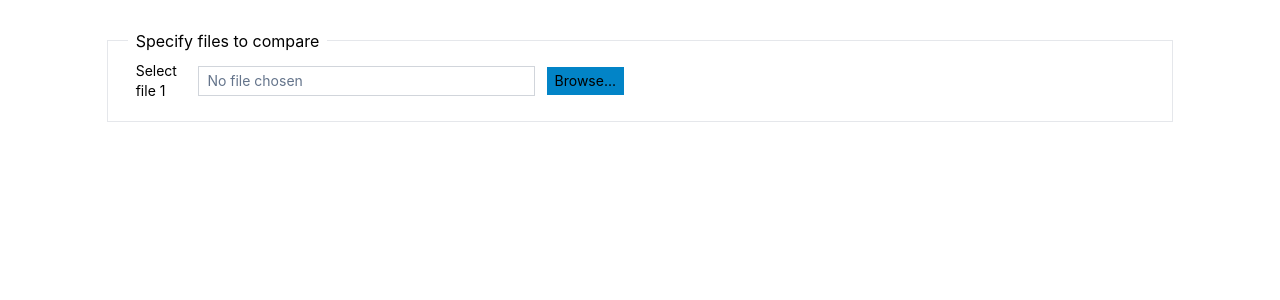
Repository: chionye/paymentology-front
Page: /
An editor plug-in stored every save of this project. The page is shown before and after a run of saves, followed by the edit.
The browser window is 1280 px wide. The pictures show the whole page.
The project was rebuilt for these pictures with package versions that can differ from the ones it lists, and the page was loaded fresh each time.

Above is the page before, as saved 2022-03-16 13:18:13.

After the next 3 saves:
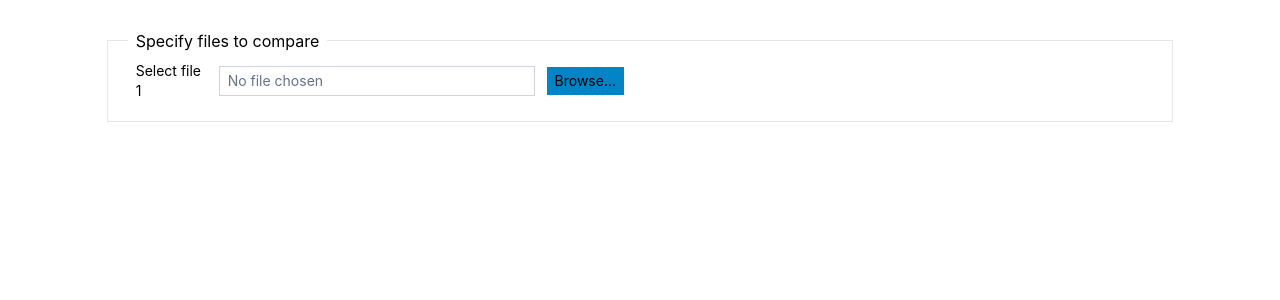
The 3 saves are shown as one change because they came seconds apart.
The last was saved 12 s later.
--- a/src/components/InputFile.js
+++ b/src/components/InputFile.js
@@ -1,7 +1,7 @@
 const InputFile = () => {
     return(
         <div className="flex flex-row w-full md:w-1/2 items-center text-sm my-2 px-4">
-            <label className="block">Select file 1</label>
+            <label className="w-28">Select file 1</label>
 
             <input type="file"
                 className="block w-full mx-3 appearance-none border border-1 border-gray-300 py-1 px-2  text-slate-500
